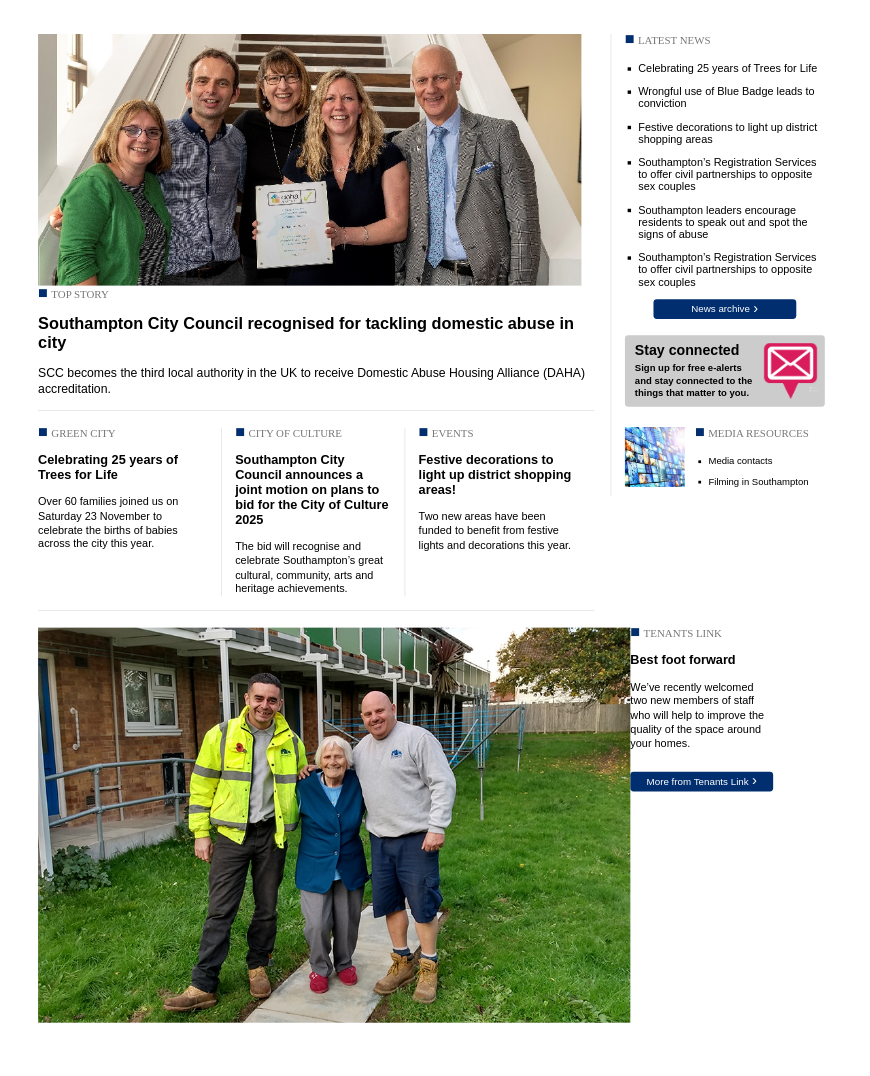
Repository: Domehead123/newspage
Page: index.html
The author's editor kept a record of every edit. The page is drawn from the files as they stood at one moment, then again after the next edit.
The browser window is 1280 px wide. The pictures show the whole page, at 68% of full size.
Some web libraries are served in a nearby version.

Above is the page before.

After the next edit:
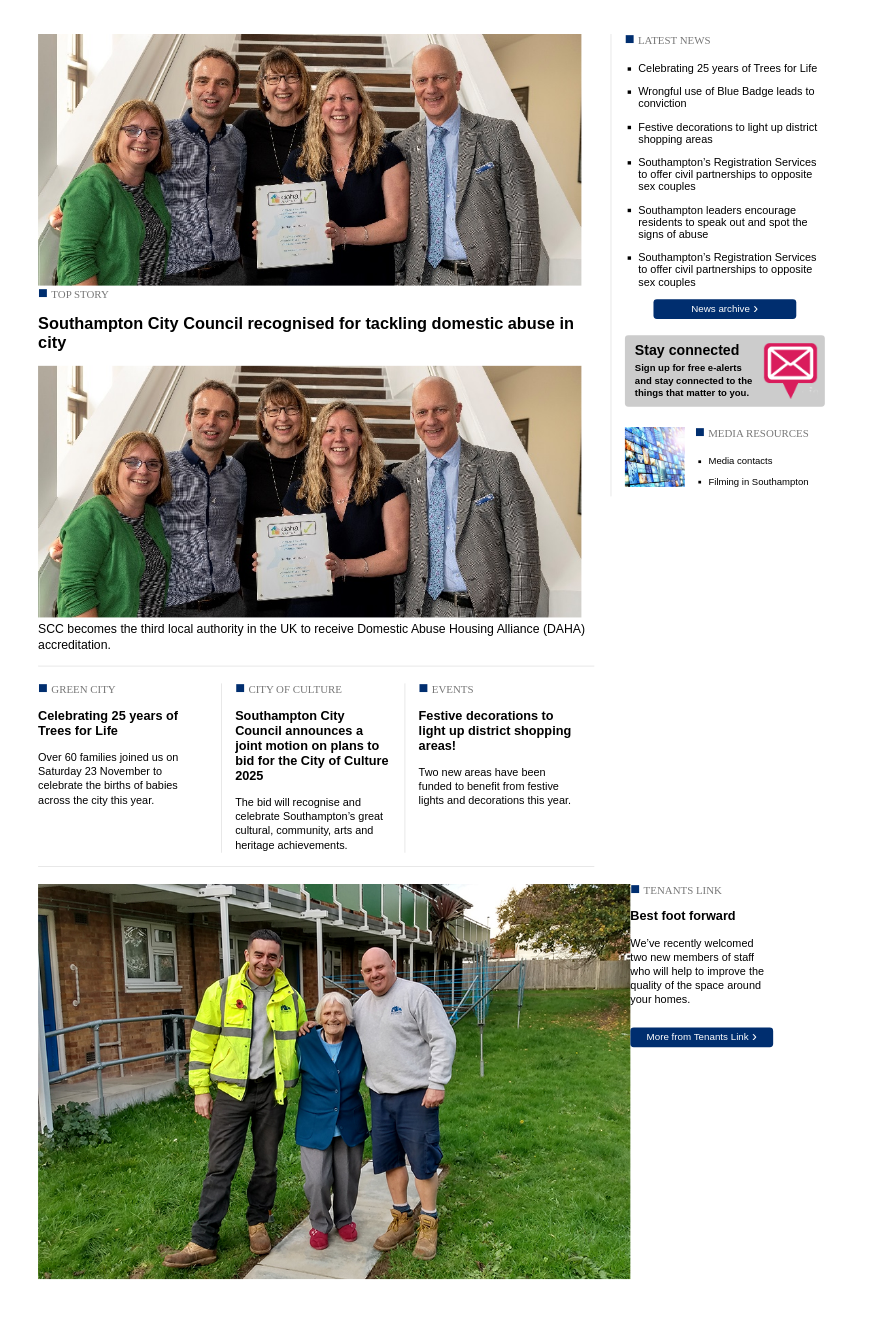
The edit:
--- a/index.html
+++ b/index.html
@@ -27,7 +27,7 @@
                     <h2><a href="#">
 
 Southampton City Council recognised for tackling domestic abuse in city</a></h2>
-                    <p><a href="#">SCC becomes the third local authority in the UK to receive Domestic Abuse Housing Alliance (DAHA) accreditation.</a></p>
+                    <p><a href="#"><img class="small-pic" src="images/DAHA.jpg">SCC becomes the third local authority in the UK to receive Domestic Abuse Housing Alliance (DAHA) accreditation.</a></p>
                 </div>
 
 
